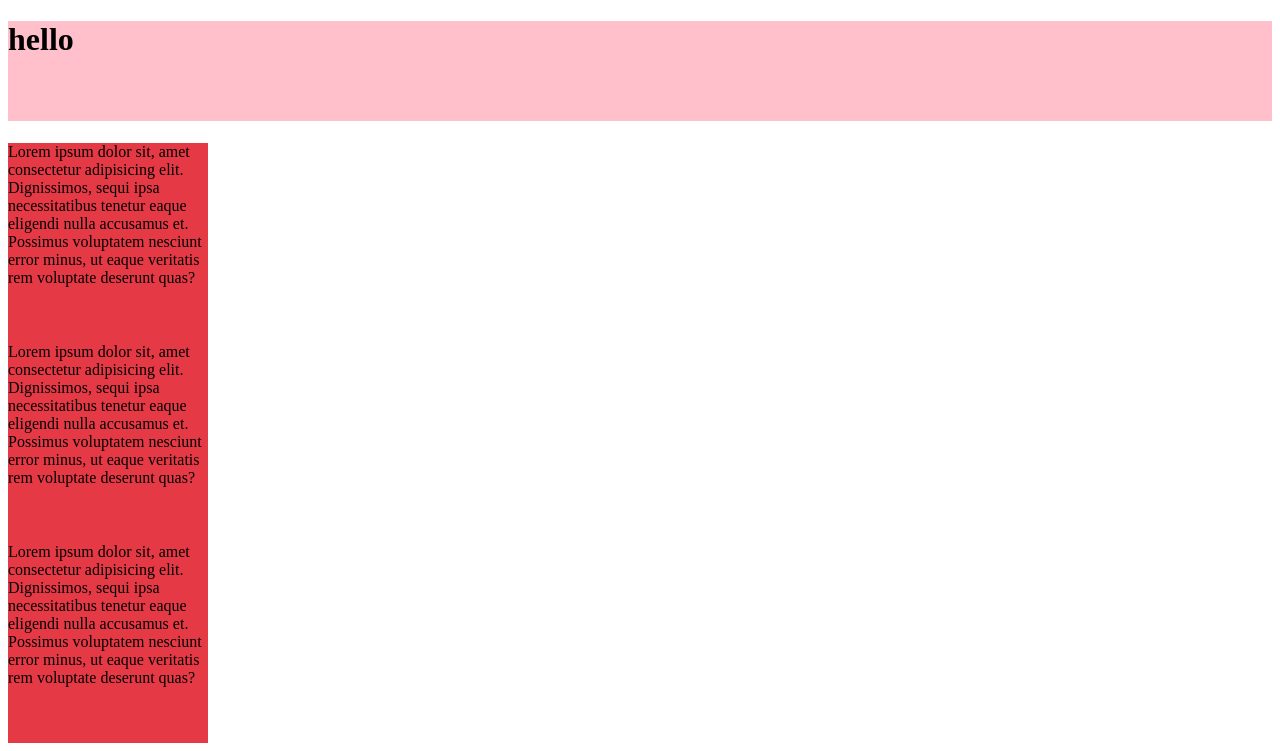
Repository: zhFIsHappy/UdemyFullStack
Page: index1.html
An editor plug-in stored every save of this project. The page is shown before and after a run of saves, followed by the edit.
The browser window is 1280 px wide. The pictures show the whole page.

Above is the page before, as saved 2022-03-22 20:39:03.

### index1.html
<!DOCTYPE html>
<html lang="en">
<head>
    <meta charset="UTF-8">
    <meta http-equiv="X-UA-Compatible" content="IE=edge">
    <meta name="viewport" content="width=device-width, initial-scale=1.0">
    <title>Document</title>
    <link rel="stylesheet" href="app1.css">
</head>
<body>
    <h1>hello</h1>
    <div id ="one">Lorem ipsum dolor sit, amet consectetur adipisicing elit. Dignissimos, sequi ipsa necessitatibus tenetur eaque eligendi nulla accusamus et. Possimus voluptatem nesciunt error minus, ut eaque veritatis rem voluptate deserunt quas?</div>
    <div id ="two">Lorem ipsum dolor sit, amet consectetur adipisicing elit. Dignissimos, sequi ipsa necessitatibus tenetur eaque
    eligendi nulla accusamus et. Possimus voluptatem nesciunt error minus, ut eaque veritatis rem voluptate deserunt
    quas?</div>
    <div id ="three">Lorem ipsum dolor sit, amet consectetur adipisicing elit. Dignissimos, sequi ipsa necessitatibus tenetur eaque
    eligendi nulla accusamus et. Possimus voluptatem nesciunt error minus, ut eaque veritatis rem voluptate deserunt
    quas?</div>

</body>
</html>

### app1.css
/*height and width*/
div{
    width: 200px;
    height: 200px;
    background-color: #e63946
}
h1{
    background-color: pink;
    height:100px;
}
/* border : width, color, style*/

After the next 2 saves:
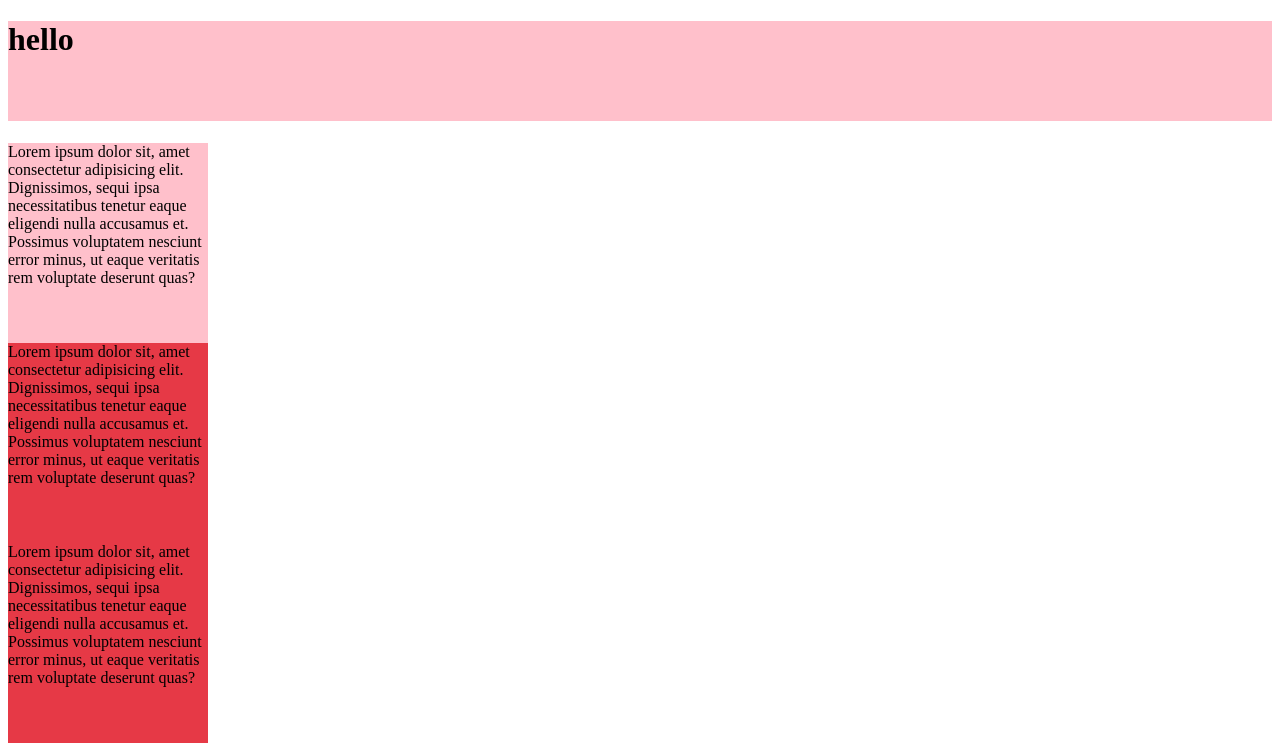
The 2 saves are shown as one change because they came seconds apart.
The last was saved 13 s later.
--- a/app1.css
+++ b/app1.css
@@ -9,3 +9,6 @@
     height:100px;
 }
 /* border : width, color, style*/
+#one {
+    background-color: pink
+}
